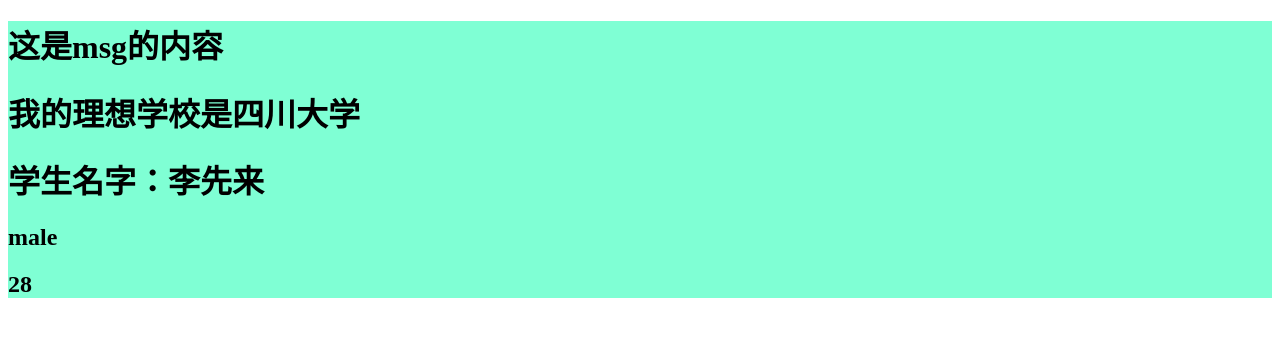
Repository: Lixianlai-2/The-journey-of-learning-Vue
Page: / (app in afterVueCli/Vue_Test/)
These files come from the project's save history. The page is drawn as it stood at one moment and after the next save; the edit follows.
The browser window is 1280 px wide. The pictures show the whole page.
The project was rebuilt for these pictures with package versions that can differ from the ones it lists, and the page was loaded fresh each time.

Above is the page before, as saved 2022-04-11 11:45:28.

### afterVueCli/Vue_Test/src/App.vue
<template>
  <div id="app">
    <h1 v-text="msg" ref="title"></h1>
    <student ref="sch" studentName="李先来" gender="male" age="28" />
  </div>
</template>

<script>
import student from "./components/student.vue";

export default {
  name: "App",
  components: {
    student,
  },
  data() {
    return {
      msg: "这是msg的内容",
    };
  },
};
</script>

<style>
#app {
  background-color: aquamarine;
}
</style>

### afterVueCli/Vue_Test/src/components/student.vue
<template>
  <div>
    <h1>我的理想学校是{{ msg }}</h1>
    <h1>学生名字：{{ studentName }}</h1>
    <h2>{{ gender }}</h2>
    <h2>{{ age }}</h2>
  </div>
</template>

<script>
export default {
  data() {
    return {
      msg: "四川大学",
    };
  },
  props: ["studentName", "gender", "age"],
};
</script>

<style></style>

Loaded but not shown: afterVueCli/Vue_Test/public/index.html (common file); afterVueCli/Vue_Test/src/main.js (common file)

After the next save:
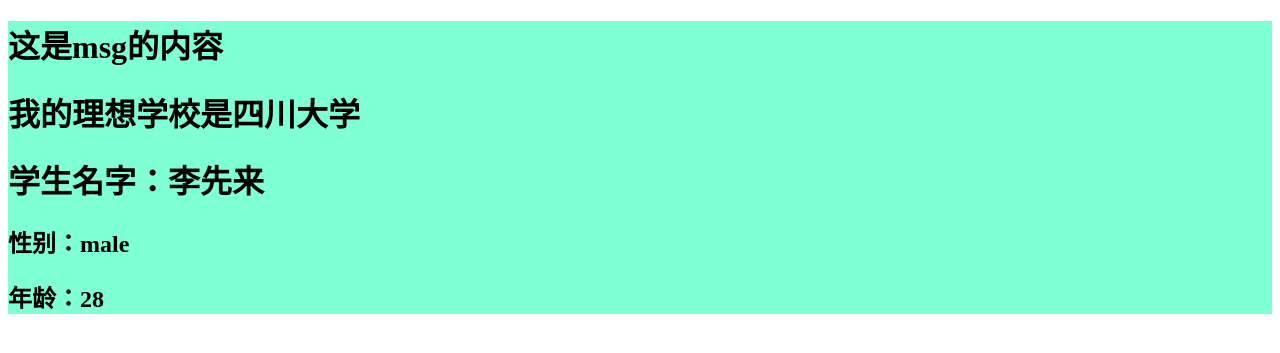
Saved 31 s later.
--- a/afterVueCli/Vue_Test/src/components/student.vue
+++ b/afterVueCli/Vue_Test/src/components/student.vue
@@ -2,8 +2,8 @@
   <div>
     <h1>我的理想学校是{{ msg }}</h1>
     <h1>学生名字：{{ studentName }}</h1>
-    <h2>{{ gender }}</h2>
-    <h2>{{ age }}</h2>
+    <h2>性别：{{ gender }}</h2>
+    <h2>年龄：{{ age }}</h2>
   </div>
 </template>
 
